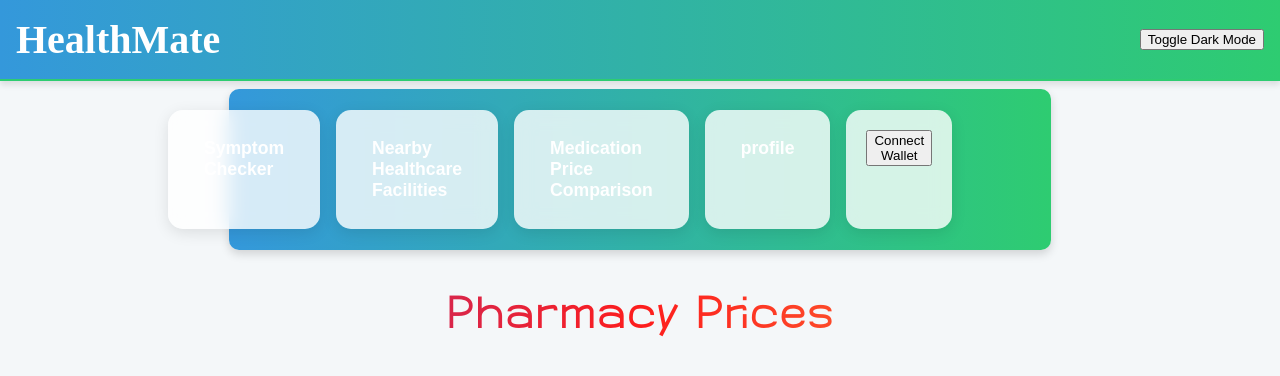
Repository: tmanas06/EP-PROJECT
Page: http://localhost/Medicine_Management_Application/WEB-INF/medicationPrices.jsp
These files come from the project's save history. The page is drawn as it stood at one moment and after the next save; the edit follows.
The browser window is 1280 px wide. The pictures show the whole page.
The page is served by Tomcat 9. Nobody is signed in. The template is opened directly, without the code that normally fills it, so the values that code supplies are empty.

Above is the page before, as saved 2024-12-05 18:33:42.

After the next save:
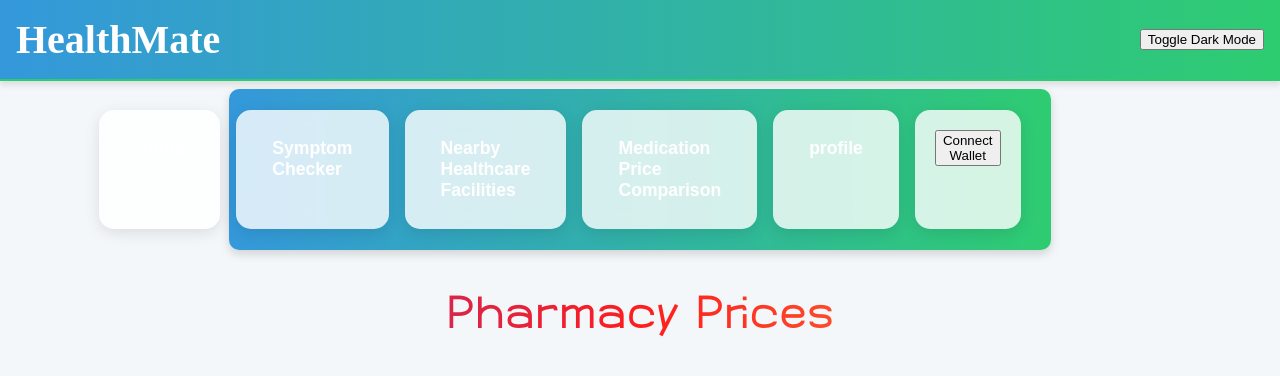
Saved 15 s later.
--- a/Medicine_Management_Application/src/main/webapp/WEB-INF/medicationPrices.jsp
+++ b/Medicine_Management_Application/src/main/webapp/WEB-INF/medicationPrices.jsp
@@ -152,6 +152,7 @@
     </header>
     <nav>
         <ul>
+            <li><a href="index">Home</a></li>
             <li><a href="symptomChecker">Symptom Checker</a></li>
             <li><a href="nearbyFacilities">Nearby Healthcare Facilities</a></li>
             <li><a href="medicationPrices">Medication Price Comparison</a></li>
